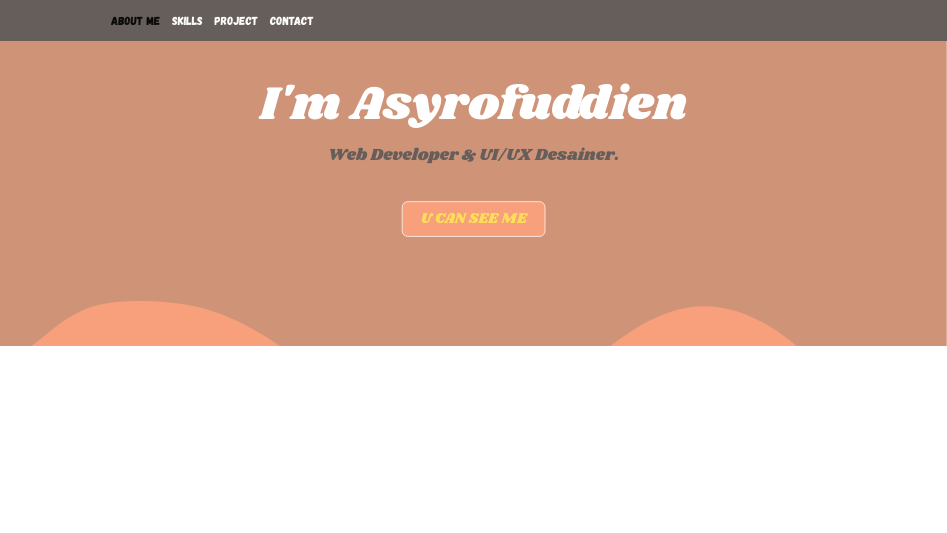
Repository: zetta-muhammad-asyrofuddien/Html-Css-ZettaCAmp
Page: Day1/Portofolio/index.html
The author's editor kept a copy of each file at every save. The page is drawn from the files as they stood at one save, then again after the next save.
The browser window is 1280 px wide. The pictures show the whole page, at 74% of full size.

Above is the page before, as saved 2023-07-05 03:24:20.

### Day1/Portofolio/index.html
<!DOCTYPE html>
<html lang="en">
  <head>
    <meta charset="utf-8" />
    <meta name="viewport" content="width=device-width, initial-scale=1" />
    <title>Bootstrap demo</title>
    <link href="https://cdn.jsdelivr.net/npm/bootstrap@5.2.3/dist/css/bootstrap.min.css" rel="stylesheet" integrity="sha384-rbsA2VBKQhggwzxH7pPCaAqO46MgnOM80zW1RWuH61DGLwZJEdK2Kadq2F9CUG65" crossorigin="anonymous" />
    <link rel="stylesheet" type="text/css" href="./syle.css" />
  </head>
  <body>
    <section class="Navbar">
      <div class="container">
        <div class="row">
          <div class="col-lg-12">
            <nav class="navbar navbar-expand-lg px-5 px-5">
              <div class="container-fluid">
                <div class="collapse navbar-collapse" id="navbarNav">
                  <ul class="navbar-nav">
                    <li class="nav-item">
                      <a class="nav-link active" aria-current="page" href="#">About Me</a>
                    </li>
                    <li class="nav-item">
                      <a class="nav-link" href="#">Skills</a>
                    </li>
                    <li class="nav-item">
                      <a class="nav-link" href="#">Project</a>
                    </li>
                    <li class="nav-item">
                      <a class="nav-link" href="#">Contact</a>
                    </li>
                  </ul>
                </div>
              </div>
            </nav>
            <div class="col-lg-4"></div>
          </div>
        </div>
      </div>
    </section>
    <section class="perkenalan mt-0">
      <div class="px-4 py-5 my-0 text-center">
        <h1 class="nama mb-3">I'm Asyrofuddien</h1>
        <div class="col-lg-6 mx-auto">
          <h4 class="job mb-5">Web Developer & UI/UX Desainer.</h4>
          <div class="d-grid gap-2 d-sm-flex justify-content-sm-center">
            <button type="button" class="btn btn-primary btn-lg px-4 gap-3">U CAN SEE ME</button>
          </div>
        </div>
      </div>
    </section>
    <script src="https://cdn.jsdelivr.net/npm/@popperjs/core@2.11.6/dist/umd/popper.min.js" integrity="sha384-oBqDVmMz9ATKxIep9tiCxS/Z9fNfEXiDAYTujMAeBAsjFuCZSmKbSSUnQlmh/jp3" crossorigin="anonymous"></script>
    <script src="https://cdn.jsdelivr.net/npm/bootstrap@5.2.3/dist/js/bootstrap.min.js" integrity="sha384-cuYeSxntonz0PPNlHhBs68uyIAVpIIOZZ5JqeqvYYIcEL727kskC66kF92t6Xl2V" crossorigin="anonymous"></script>
  </body>
</html>

### Day1/Portofolio/syle.css
@font-face {
  font-family: Gagalin;
  src: url(./asset/font/Gagalin-Regular.otf);
}
@font-face {
  font-family: Shrikhand;
  src: url(./asset/font/Shrikhand-Regular.ttf);
}
@font-face {
  font-family: dmSans;
  src: url(./asset/font/DMSans-Regular.ttf);
}
.Navbar {
  font-family: Gagalin;
  background-color: #665e5a;
}
.perkenalan {
  background-image: url('./asset/img/wave.svg');
  background-size: cover;
  background-position: center;
  padding-bottom: 100px;
}
.nav-link {
  color: white;
}

.nama {
  font-family: Shrikhand;
  color: white;
  font-size: 4rem;
}
.job {
  color: #665e5a;
  font-family: Shrikhand;
  font-size: 1.4rem;
}

.btn {
  background-color: #f89f7b;
  border-color: white;
  font-family: Shrikhand;
  color: #ffde59;
}

### Day1/Portofolio/asset/img/wave.svg
<svg xmlns="http://www.w3.org/2000/svg" xmlns:xlink="http://www.w3.org/1999/xlink" width="1366" zoomAndPan="magnify" viewBox="0 0 1024.5 576" height="768" preserveAspectRatio="xMidYMid meet" version="1.0"><defs><clipPath id="8e5e35198e"><path d="M 0 0.140625 L 1024 0.140625 L 1024 575.859375 L 0 575.859375 Z M 0 0.140625 " clip-rule="nonzero"/></clipPath><clipPath id="2a71e99a1e"><path d="M 0 403.367188 L 1024 403.367188 L 1024 575.859375 L 0 575.859375 Z M 0 403.367188 " clip-rule="nonzero"/></clipPath><clipPath id="a49a67c6f3"><path d="M 0 490 L 1024 490 L 1024 575.859375 L 0 575.859375 Z M 0 490 " clip-rule="nonzero"/></clipPath></defs><g clip-path="url(#8e5e35198e)"><path fill="#ffffff" d="M 0 0.140625 L 1024.5 0.140625 L 1024.5 583.640625 L 0 583.640625 Z M 0 0.140625 " fill-opacity="1" fill-rule="nonzero"/><path fill="#ffffff" d="M 0 0.140625 L 1024.5 0.140625 L 1024.5 576.140625 L 0 576.140625 Z M 0 0.140625 " fill-opacity="1" fill-rule="nonzero"/><path fill="#cf9378" d="M 0 0.140625 L 1024.5 0.140625 L 1024.5 576.140625 L 0 576.140625 Z M 0 0.140625 " fill-opacity="1" fill-rule="nonzero"/></g><g clip-path="url(#2a71e99a1e)"><path fill="#f89f7b" d="M 1024.59375 748.792969 L 1024.59375 514.589844 C 1009.527344 534.015625 988.578125 550.046875 965.601562 544.726562 C 953.140625 541.835938 942.988281 533.015625 933.78125 524.140625 C 907.957031 499.230469 884.9375 471.324219 857.128906 448.65625 C 829.320312 425.992188 795.234375 408.472656 759.378906 409.347656 C 723.035156 410.242188 689.773438 429.707031 660.921875 451.84375 C 632.074219 473.984375 605.410156 499.570312 573.078125 516.199219 C 530.191406 538.257812 478.621094 542.78125 432.546875 528.53125 C 358.015625 505.484375 303.679688 438.082031 229.335938 414.453125 C 203.765625 406.335938 176.726562 403.730469 149.902344 403.835938 C 128.71875 403.917969 107.039062 405.796875 87.722656 414.480469 C 64.921875 424.734375 47.261719 443.578125 26.6875 457.789062 C 18.617188 463.367188 9.488281 468.21875 0.0390625 471.40625 L 0.0390625 748.804688 L 1024.59375 748.804688 Z M 1024.59375 748.792969 " fill-opacity="1" fill-rule="nonzero"/></g><g clip-path="url(#a49a67c6f3)"><path fill="#fcca87" d="M 936.914062 622.261719 C 917.582031 630.949219 895.914062 632.824219 874.734375 632.90625 C 847.910156 633.015625 820.867188 630.421875 795.300781 622.289062 C 720.957031 598.664062 666.621094 531.257812 592.085938 508.214844 C 546.011719 493.964844 494.445312 498.503906 451.554688 520.546875 C 419.222656 537.175781 392.5625 562.761719 363.710938 584.898438 C 334.863281 607.039062 301.597656 626.503906 265.257812 627.394531 C 229.402344 628.273438 195.316406 610.765625 167.503906 588.085938 C 139.695312 565.421875 116.679688 537.511719 90.855469 512.605469 C 81.648438 503.714844 71.496094 494.894531 59.035156 492.019531 C 36.058594 486.695312 15.105469 502.730469 0.0390625 522.15625 L 0.0390625 748.792969 L 1024.582031 748.792969 L 1024.582031 565.351562 C 1015.132812 568.542969 1006.003906 573.390625 997.933594 578.96875 C 977.371094 593.179688 959.714844 612.011719 936.914062 622.261719 Z M 936.914062 622.261719 " fill-opacity="1" fill-rule="nonzero"/></g></svg>

After the next save:
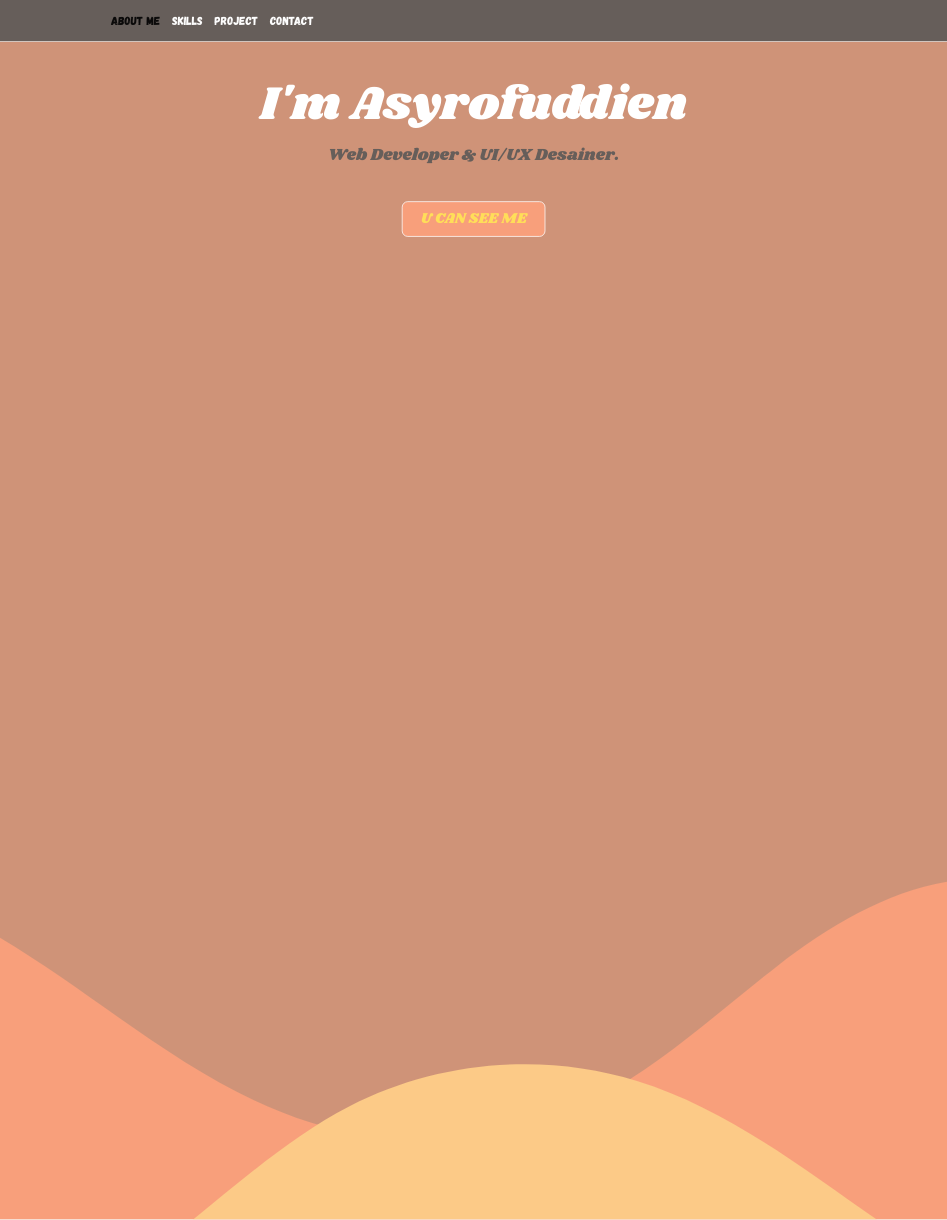
Saved 5 s later.
--- a/Day1/Portofolio/syle.css
+++ b/Day1/Portofolio/syle.css
@@ -18,7 +18,7 @@
   background-image: url('./asset/img/wave.svg');
   background-size: cover;
   background-position: center;
-  padding-bottom: 100px;
+  padding-bottom: 100%;
 }
 .nav-link {
   color: white;
